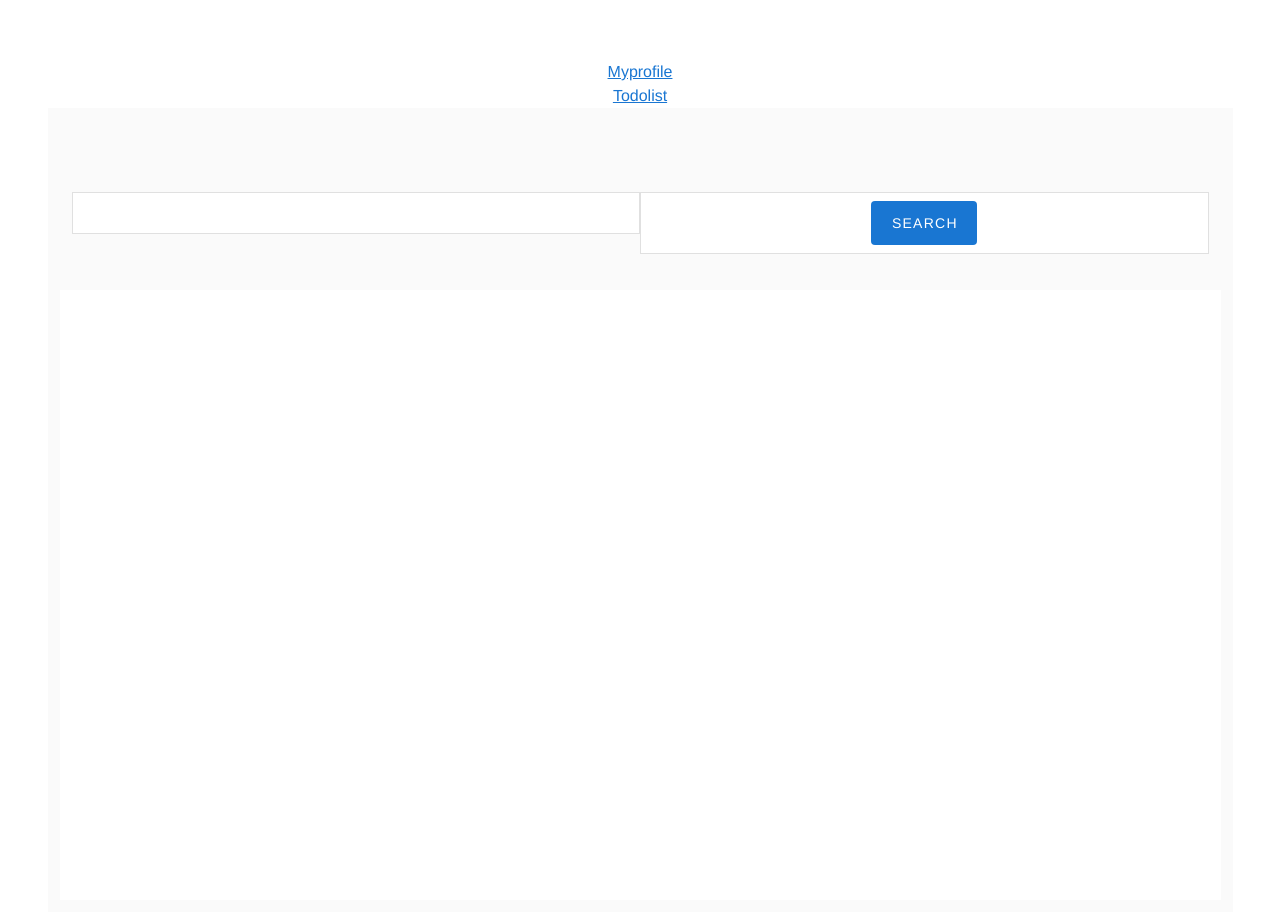
Repository: Shanshan67/todolist
Page: /#/profile
The author's editor kept a copy of each file at every save. The page is drawn from the files as they stood at one save, then again after the next save.
The browser window is 1280 px wide. The pictures show the whole page.
The project was rebuilt for these pictures with package versions that can differ from the ones it lists, and the page was loaded fresh each time. Also part of the build but not shown: src/pages/Dashboard.vue, src/pages/Todolist.vue.

Above is the page before, as saved 2022-07-20 20:49:54.

After the next save:
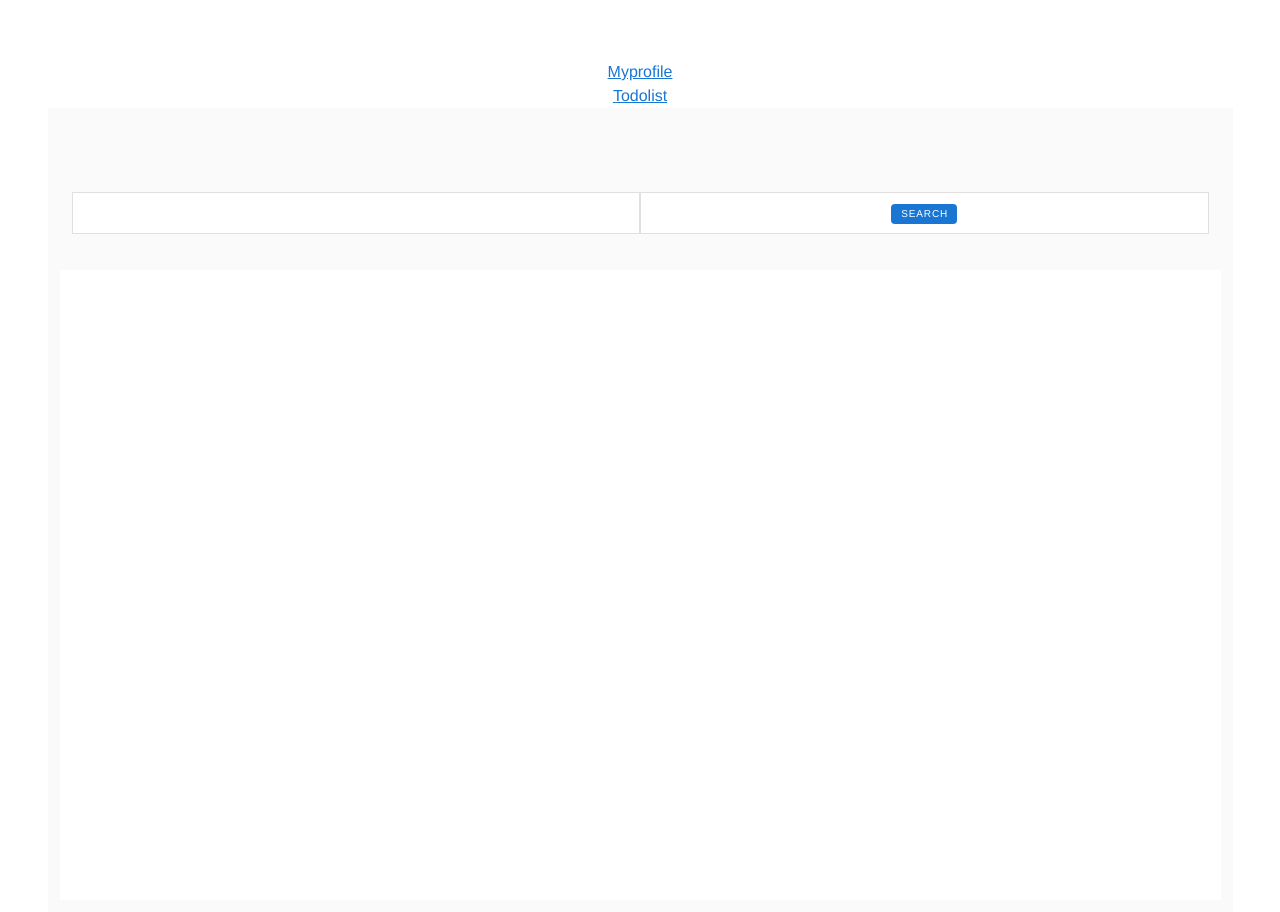
Saved 31 s later.
--- a/src/components/Search.vue
+++ b/src/components/Search.vue
@@ -10,7 +10,7 @@
 					</v-col>
         			<v-col sm="6" md="5" offset-md="2" lg="6" offset-lg="0">
           				<v-card class="pa-2" outlined tile>
-							<v-btn large
+							<v-btn x-small
         						depressed
         						color="primary"
 								@click="handleSearch">Search</v-btn>
